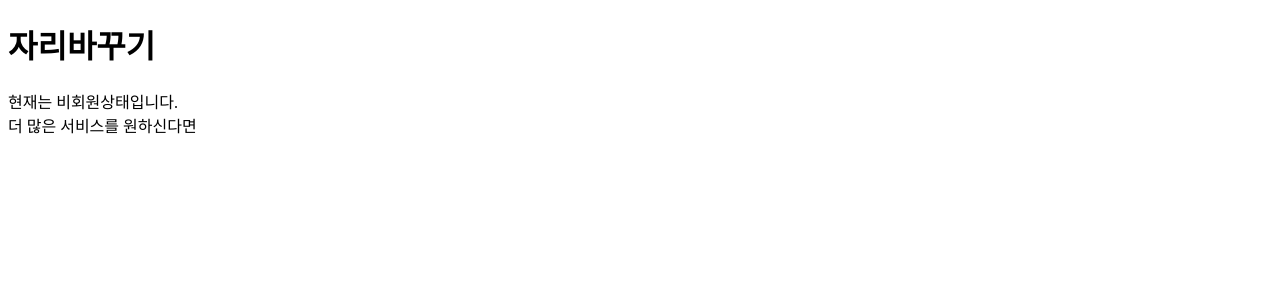
Repository: se-yoo/ChangeSeat
Page: http://localhost/ChangeSeat/changeIndex.jsp
These files come from the project's save history. The page is drawn as it stood at one moment and after the next save; the edit follows.
The browser window is 1280 px wide. The pictures show the whole page.
The page is served by Tomcat 9.

Above is the page before, as saved 2018-06-25 07:39:06.

After the next save:
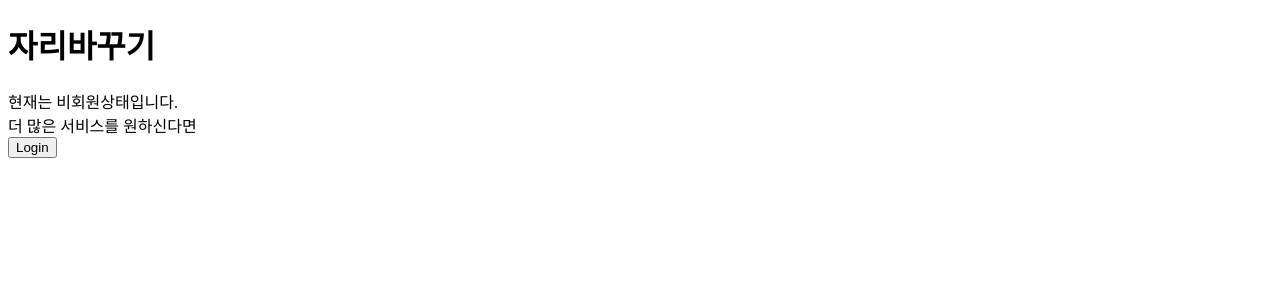
Saved 22 s later.
--- a/ChangeSeat/WebContent/changeIndex.jsp
+++ b/ChangeSeat/WebContent/changeIndex.jsp
@@ -10,6 +10,8 @@
 	<h1 class="header">
     	자리바꾸기
   	</h1>
-  	<div id="logout">현재는 <span>비회원</span>상태입니다.<br>더 많은 서비스를 원하신다면</div>
+  	<div id="logout">현재는 <span>비회원</span>상태입니다.<br>더 많은 서비스를 원하신다면<br>
+  		<button>Login</button>
+  	</div>
 </body>
 </html>
